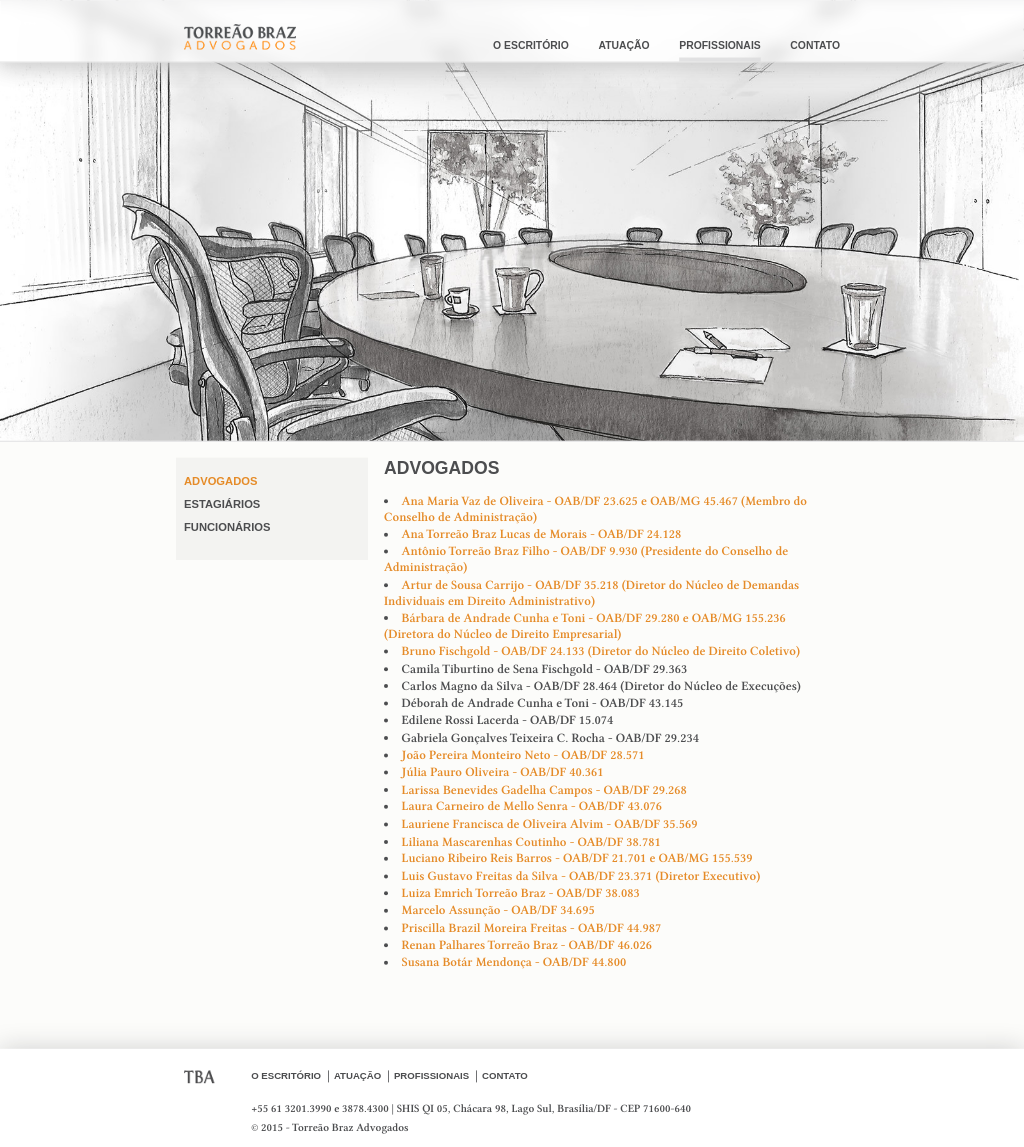
Repository: flira/torreao-braz
Page: dev/profissionais.html
The author's editor kept a record of every edit. The page is drawn from the files as they stood at one moment, then again after the next edit.
The browser window is 1280 px wide. The pictures show the whole page, at 80% of full size.
Some web libraries are served in a nearby version.

Above is the page before.

After the next edit:
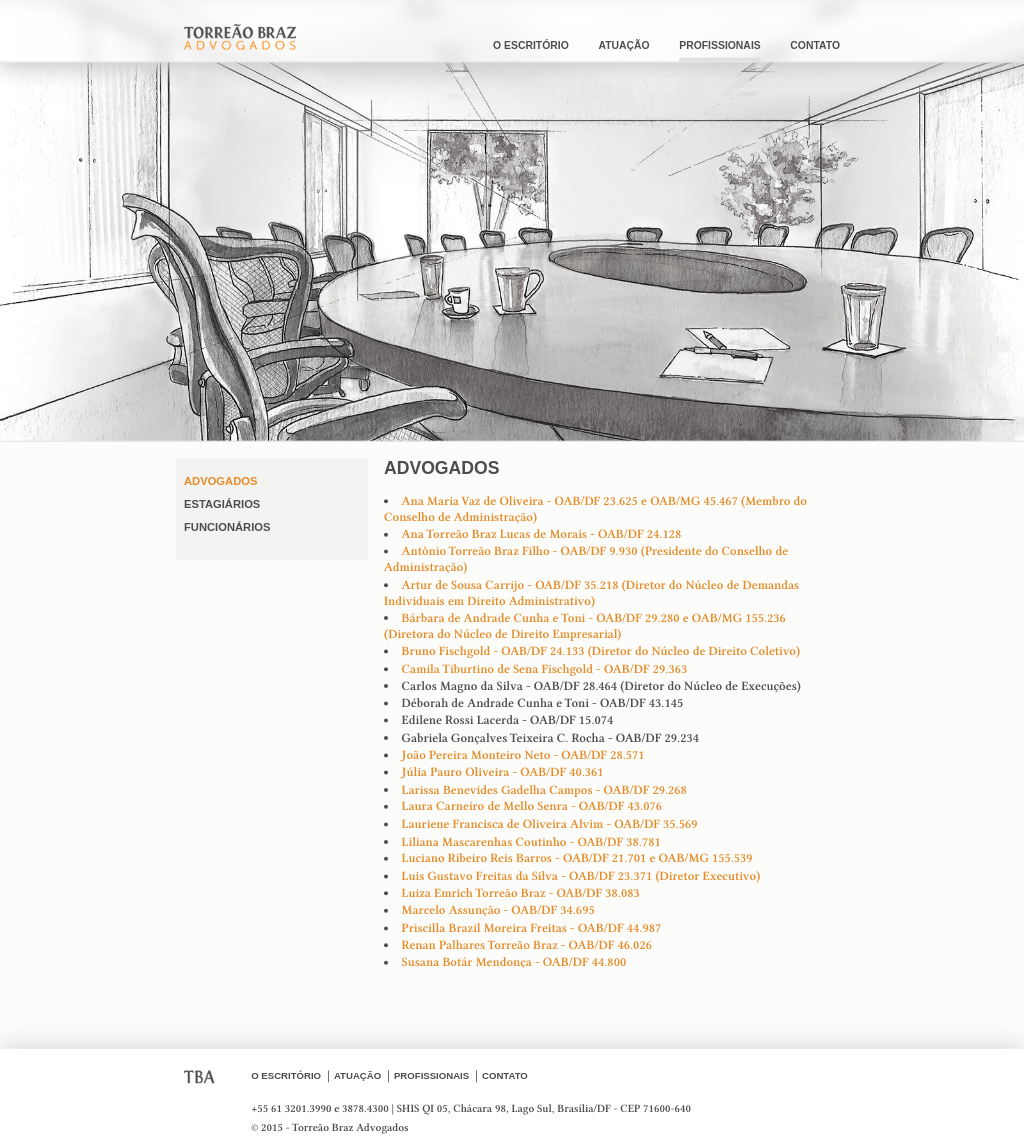
The edit:
--- a/dev/profissionais.html
+++ b/dev/profissionais.html
@@ -142,7 +142,7 @@
                 </div>
             </li>
             <li class="accordion">
-              <span>Camila Tiburtino de Sena Fischgold - OAB/DF 29.363</span>
+              <a href="#" class="portfolio">Camila Tiburtino de Sena Fischgold - OAB/DF 29.363</a>
                 <div>
                   <div class="content">
                     <a href="mailto:camila@torreaobraz.com.br" class="email">camila@torreaobraz.com.br</a>
